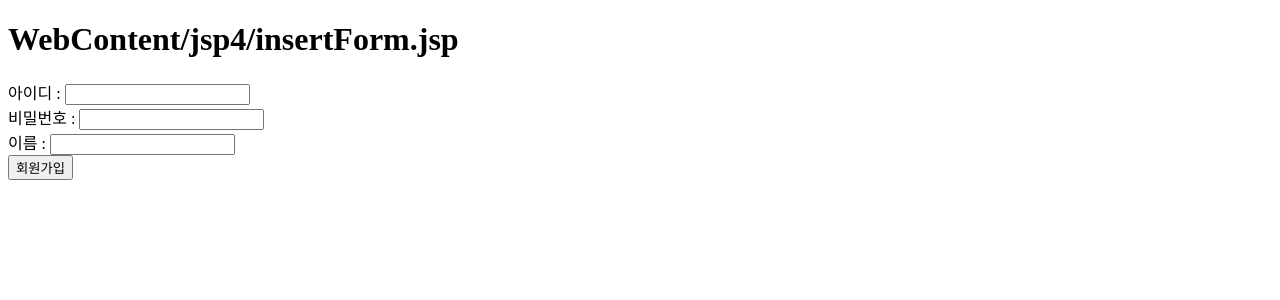
Repository: ReadStar/workspace_jsp
Page: http://localhost/StudyJSP/jsp4/insertForm.jsp
An editor plug-in stored every save of this project. The page is shown before and after the next save, followed by the edit.
The browser window is 1280 px wide. The pictures show the whole page.
The page is served by Tomcat 9.

Above is the page before, as saved 2020-08-25 06:15:59.

After the next save:
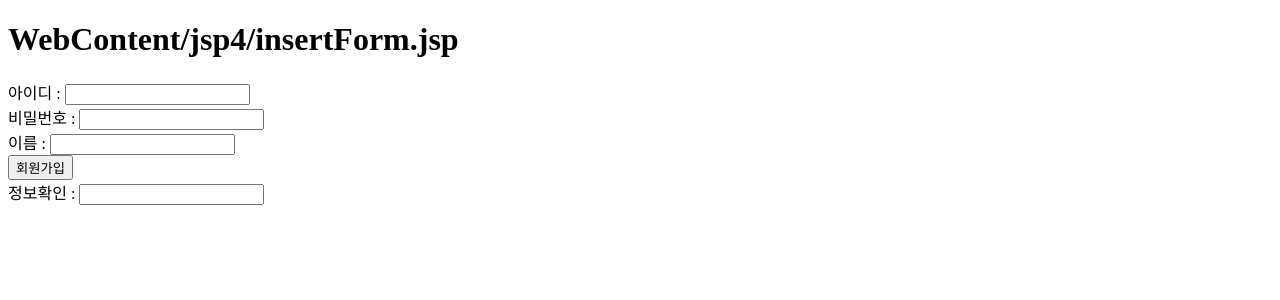
Saved 39 s later.
--- a/StudyJSP/WebContent/jsp4/insertForm.jsp
+++ b/StudyJSP/WebContent/jsp4/insertForm.jsp
@@ -14,8 +14,8 @@
 이름 : <input type="text" name="name"><br>
 <input type="submit" value="회원가입">
 </form>
-<form>
-
+<form action ="info.jsp" method="post">
+정보확인 : <input type="text">
 </form>
 </body>
 </html>
